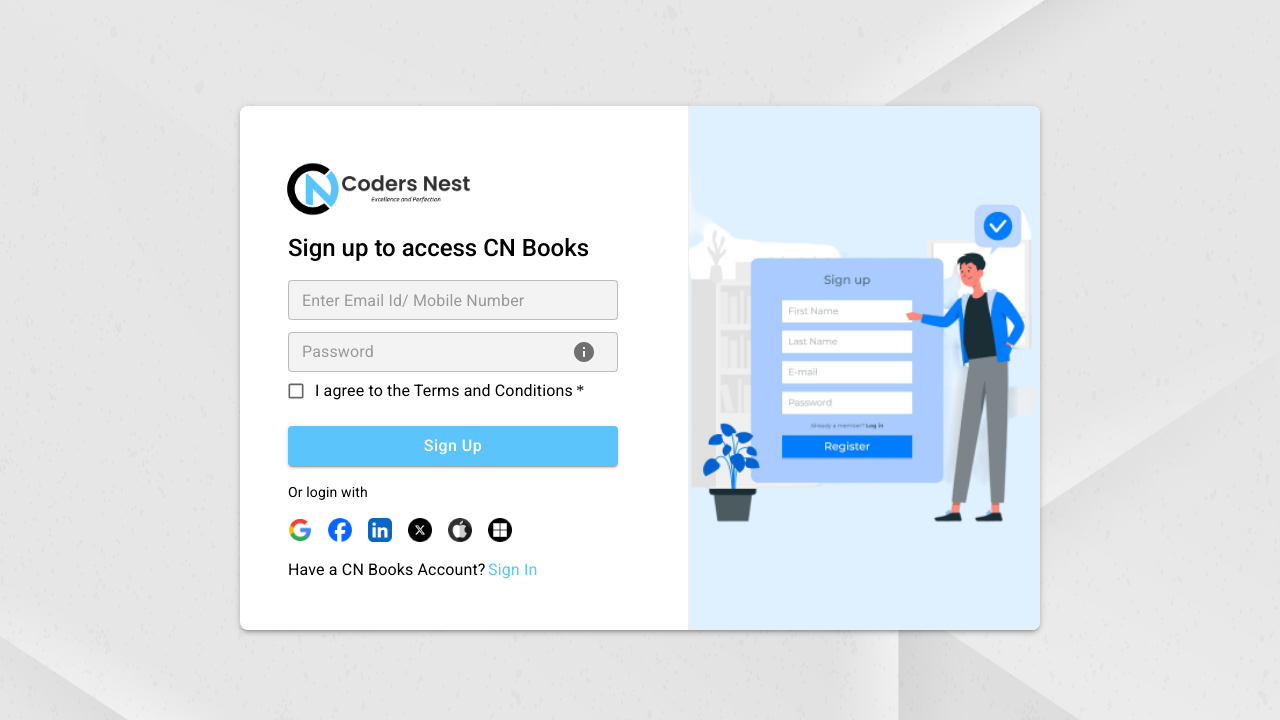
Repository: wajahadalishaik04/CN_Books
Page: /signup
These files come from the project's save history. The page is drawn as it stood at one moment and after the next save; the edit follows.
The browser window is 1280 px wide. The pictures show the whole page.
The project was rebuilt for these pictures with package versions that can differ from the ones it lists, and the page was loaded fresh each time. Also part of the build but not shown: vite.config.js, src/pages/LoginScreen.jsx, src/pages/Signin.jsx, src/pages/OtpScreen.jsx, src/pages/VerifyScreen.jsx, src/components/Header.jsx, src/components/SideBar.jsx, src/components/Content.jsx and 7 more.

Above is the page before, as saved 2024-09-30 18:47:03.

After the next save:
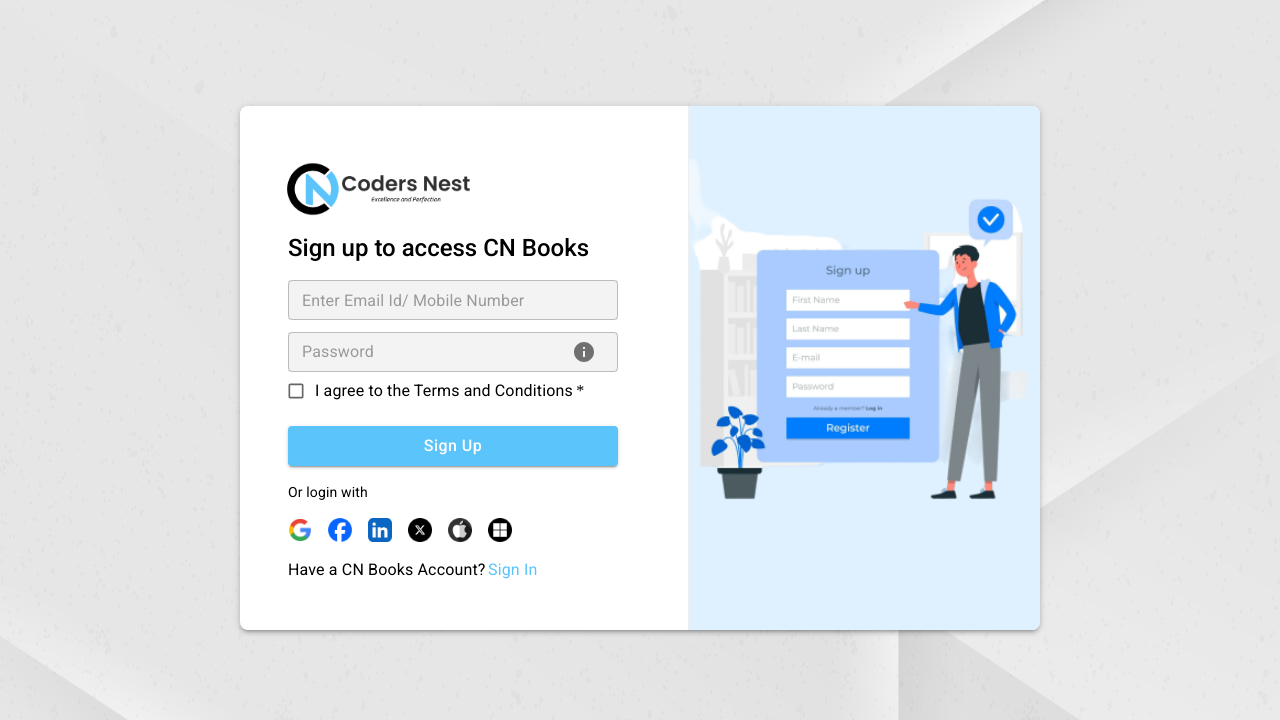
Saved 7 s later.
--- a/src/pages/SignUp.jsx
+++ b/src/pages/SignUp.jsx
@@ -296,7 +296,7 @@
             alt="signupImg"
             style={{
               width: "100%",
-              height: "95%",
+              height: "90%",
               objectFit: "cover",
             }}
           />
